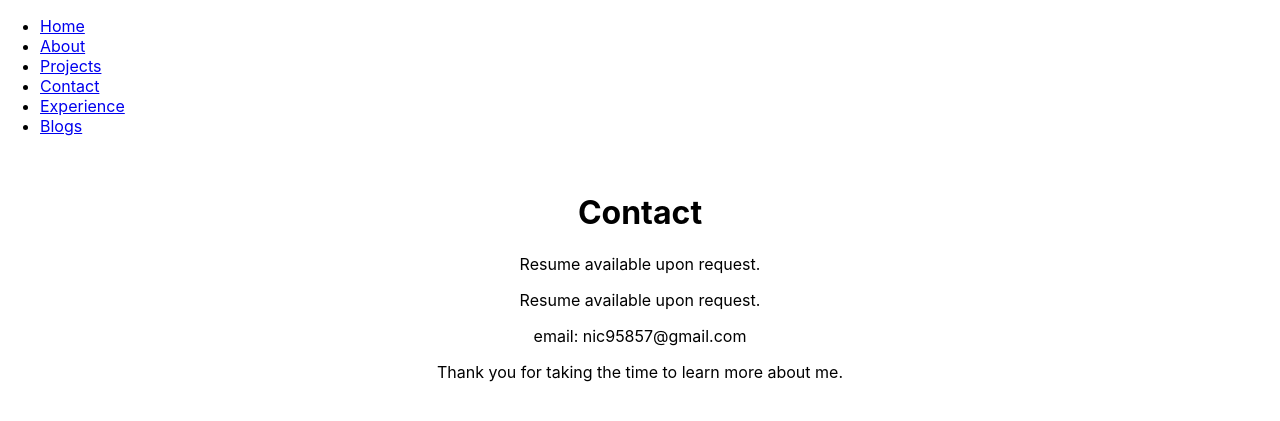
Repository: nicholaschen09/personalWebsite
Page: /contact
An editor plug-in stored every save of this project. The page is shown before and after the next save, followed by the edit.
The browser window is 1280 px wide. The pictures show the whole page.
The project was rebuilt for these pictures with package versions that can differ from the ones it lists, and the page was loaded fresh each time. Also part of the build but not shown: src/components/About.css, src/components/About.js, src/components/Home.css, src/components/Home.js, src/components/Projects.css, src/components/Projects.js, src/components/Experience.css, src/components/Experience.js and 2 more.

Above is the page before, as saved 2024-05-23 00:06:46.

### src/App.js
import React from 'react';
import { BrowserRouter as Router, Route, Routes, Link } from 'react-router-dom';
import About from './components/About.js';
import Home from './components/Home.js';
import Projects from './components/Projects.js';
import Contact from './components/Contact.js';
import Experience from './components/Experience.js';
import Blog from './components/Blog.js';

function App() {
  return (
    <Router>
      <div>
        <nav>
          <ul>
            <li>
              <Link to="/">Home</Link>
            </li>
            <li>
              <Link to="/about">About</Link>
            </li>
            <li>
              <Link to="/projects">Projects</Link>
            </li>
            <li>
              <Link to="/contact">Contact</Link>
            </li>
            <li>
              <Link to="/experience">Experience</Link>
            </li>
            <li>
              <Link to="/blogs">Blogs</Link>
            </li>
          </ul>
        </nav>

        <Routes>
          <Route path="/about" element={<About />} />
          <Route path="/home" element={<Home />} />
          <Route path="/projects" element={<Projects />} />
          <Route path="/blogs" element={<Blog />} />
          <Route path="/experience" element={<Experience />} />
          <Route path="/contact" element={<Contact />} />
        </Routes>
      </div>
    </Router>
  );
}

export default App;

### src/components/Contact.js
import React from 'react';
import './Contact.css';

const Contact = () => {
    return (
        <div className="contact">
            <h1>Contact</h1>
            <p>Resume available upon request.</p>
            <p>Resume available upon request.</p>
            <p>email: nic95857@gmail.com</p>
            <p>Thank you for taking the time to learn more about me.</p>
        </div>
    );
};

export default Contact;

### src/components/Contact.css
.contact {
    text-align: center;
    padding: 20px;
}

Loaded but not shown: public/index.html (common file); src/index.js (common file); src/index.css (common file); src/reportWebVitals.js (common file)

After the next save:
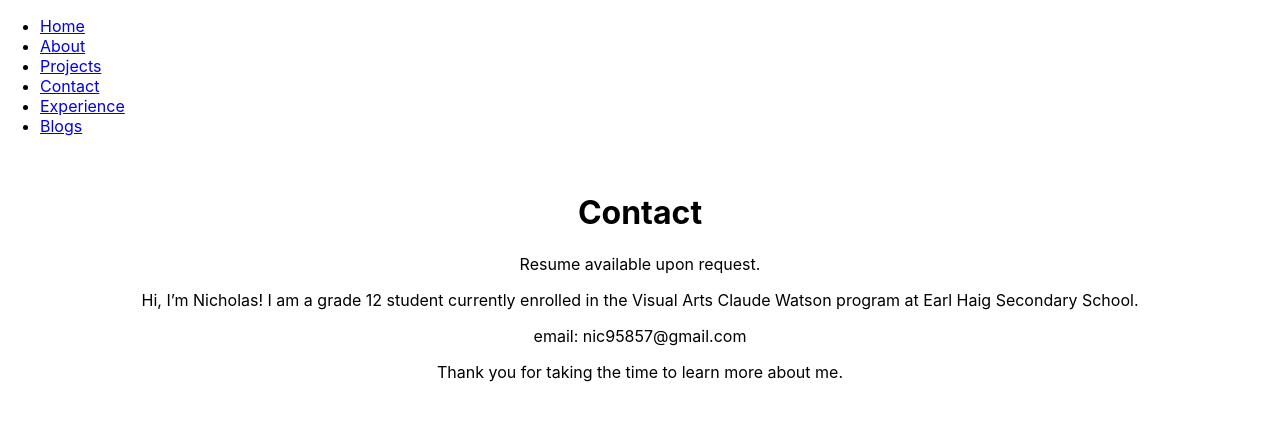
Saved 64 s later.
--- a/src/components/Contact.js
+++ b/src/components/Contact.js
@@ -6,7 +6,7 @@ const Contact = () => {
         <div className="contact">
             <h1>Contact</h1>
             <p>Resume available upon request.</p>
-            <p>Resume available upon request.</p>
+            <p>Hi, I’m Nicholas!  I am a grade 12 student currently enrolled in the Visual Arts Claude Watson program at Earl Haig Secondary School. </p>
             <p>email: nic95857@gmail.com</p>
             <p>Thank you for taking the time to learn more about me.</p>
         </div>
